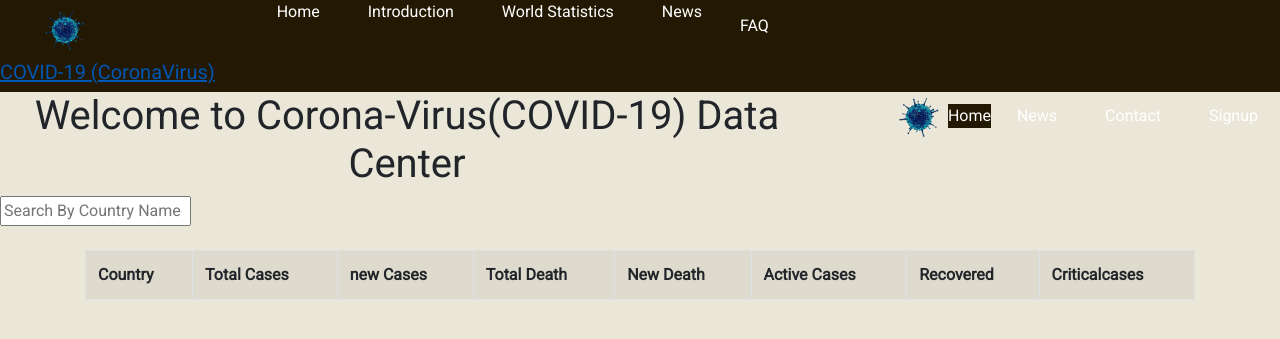
Repository: xthashankar/COVID-19-data-
Page: index.html
The author's editor kept a copy of each file at every save. The page is drawn from the files as they stood at one save, then again after the next save.
The browser window is 1280 px wide. The pictures show the whole page.
The page's requests for data from a server got no answer.

Above is the page before, as saved 2020-04-14 16:46:49.

### index.html
<!DOCTYPE html>
<html lang="en">
<head>
    <meta charset="UTF-8">
    <meta name="viewport" content="width=device-width, initial-scale=1.0">
    <link rel="stylesheet" href="https://maxcdn.bootstrapcdn.com/bootstrap/4.4.1/css/bootstrap.min.css">
     <script src="https://ajax.googleapis.com/ajax/libs/jquery/3.4.1/jquery.min.js"></script>
     <script src="https://cdnjs.cloudflare.com/ajax/libs/popper.js/1.16.0/umd/popper.min.js"></script>
    <script src="https://maxcdn.bootstrapcdn.com/bootstrap/4.4.1/js/bootstrap.min.js"></script>
    <link rel="stylesheet" href="css/nqa.css">
    <title>Document</title>
</head>
<body>
    <div class="nav">
        <a href="index.html" class="company-title">
             <img src="image/coronavirus.png" style="margin: 5px;margin-left: 40px;height: 50px;
                                        width: 50px;">
            <h5>COVID-19 (CoronaVirus)</h5>
        </a>
        <a href="index.html" class="company-title"></a>
        <ul>
            <li><a class="active" href="#home">Home</a></li>
            <li><a class="active" href="intro.html">Introduction</a></li>
            <li><a href="world.html">World Statistics</a></li>
            <li><a href="news.html">News</a></li>
            <div class="dropdown">
                <button class="dropbtn">FAQ
                </button>
                <div class="dropdown-content">
                  <a href="qa.html">English</a>
                  <a href="nqa.html">Nepali</a>
                </div>
        </ul>
    </div>






    <ul>
        <ul>
            <img src="image/coronavirus.png">
            <li><a class="nav" href="#">Home</a></li>
            <li><a href="#">News</a></li>
            <li><a href="#">Contact</a></li>
            <li><a href="#">Signup</a></li>


        </ul>
    </ul>

    <h1>Welcome to Corona-Virus(COVID-19) Data Center</h1>
    <input type="text" name="filter" id="search" placeholder="Search By Country Name" onkeyup="search()">
    <div class="container">

        <br>
        <table class="table table-bordered  table-striped">
            <thread>
                <tr>
                    <th>Country</th>
                    <th>Total Cases</th>
                    <th>new Cases</th>
                    <th>Total Death</th>
                    <th>New Death</th>
                    <th>Active Cases</th>
                    <th>Recovered</th>
                    <th>Criticalcases</th>
            </tr>
            </thread>
            <tbody  id="coranavirus">
            </tbody>
        </table>
    </div>
</body>
<script src="javascript/main.js"></script>
</html>

### css/nqa.css
@import url('https://fonts.googleapis.com/css?family=Roboto&display=swap');

body {
	font-family: 'Roboto', sans-serif;
	background-color: #eae7d9;
	margin: 0;
	padding: 0;
}

.nav {
	list-style-type: none;
	margin: 0;
	padding: 0;
	overflow: hidden;
	background-color: #231903;
}

ul {
	float: right;
}

li {
	display: inline-block;
}

li a {
	/* display: block; */
	color: white;
	/* text-align: center; */
	padding: 30px 22px;
	text-decoration: none;
}

li a:hover {
	background-color: #333;
}

h1{
  text-align: center;
}

img{
  width:50px;
  height:50px;
}
.navbar {
    overflow: hidden;
    background-color: #333;
    margin: 0;
    padding: 0;
  }

  .navbar a {
    float: left;
    font-size: 16px;
    color: white;
    text-align: center;
    padding: 14px 16px;
    text-decoration: none;
  }

  .dropdown {
    float: right;
    overflow: hidden;
  }

  .dropdown .dropbtn {
    font-size: 16px;
    border: none;
    outline: none;
    color: white;
    padding: 14px 16px;
    background-color: inherit;
    font-family: inherit;
    margin: 0;
  }

  .navbar a:hover, .dropdown:hover .dropbtn {
    background-color: red;
  }

  .dropdown-content {
    display: none;
    position: absolute;
    background-color: #f9f9f9;
    min-width: 160px;
    box-shadow: 0px 8px 16px 0px rgba(0,0,0,0.2);
    z-index: 1;
  }

  .dropdown-content a {
    float: none;
    color: black;
    padding: 12px 16px;
    text-decoration: none;
    display: block;
    text-align: left;
  }

  .dropdown-content a:hover {
    background-color: #ddd;
  }

  .dropdown:hover .dropdown-content {
    display: block;
  }

### javascript/main.js
// let who='';
let URL='https://nepalcorona.info/api/v1/data/world'
fetch(URL)
.then(function(response){
   return response.json()
}).then(function(covid){
//    console.log(covid);
       if(covid.length>0)
       {
           var coviddata='';
           covid.forEach(function(data){
            // coviddata +="<tr>";
            if(data.country!="")
            {
            coviddata +="<tr><td>"+data.country+"</td>";
            coviddata +="<td>"+data.totalCases+"</td>";
            coviddata +="<td>"+data.newCases+"</td>";
            coviddata +="<td>"+data.totalDeaths+"</td>";
            coviddata +="<td>"+data.newDeaths+"</td>";
            coviddata +="<td>"+data.activeCases+"</td>";
            coviddata +="<td>"+data.totalRecovered+"</td>";
            coviddata +="<td>"+data.criticalCases+"</td></tr>";
            console.log(coviddata);
            }
            document.getElementById('coranavirus').innerHTML=coviddata;
           })
       }
   })
   //for search
function search(){
    let filter=document.getElementById("search").value.toUpperCase();
    let table=document.getElementById("coranavirus");
    let tr=table.getElementsByTagName("tr");
    for(let i=0;i<tr.length;i++)
    {
     let td=tr[i].getElementsByTagName("td")[0];
        if(td)
        {
         let txtValue=td.textContent||td.innerText;
         if(txtValue.toUpperCase().indexOf(filter)>-1)
            {
            tr[i].style.display="";
            }else
            {
            tr[i].style.display="none";
            }
        }
    }
}

After the next save:
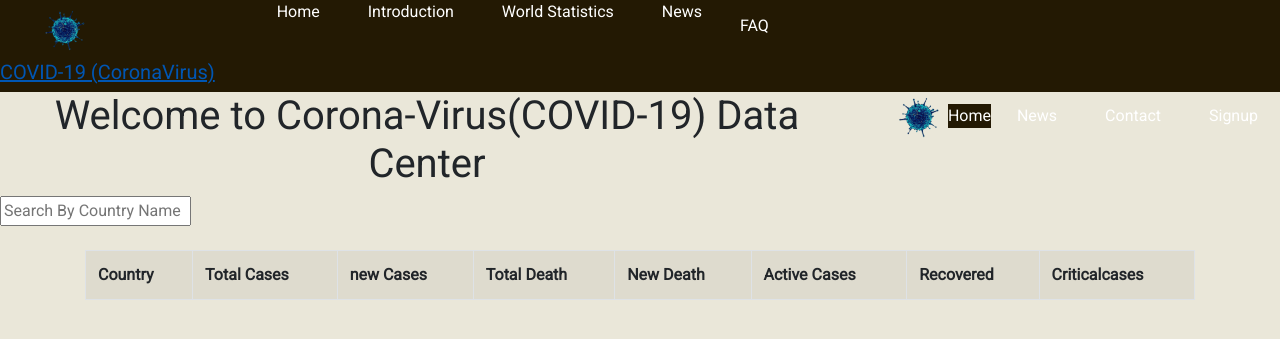
Saved 34 s later.
--- a/index.html
+++ b/index.html
@@ -38,7 +38,7 @@
 
 
 
-    <ul>
+    <!-- <ul> -->
         <ul>
             <img src="image/coronavirus.png">
             <li><a class="nav" href="#">Home</a></li>
